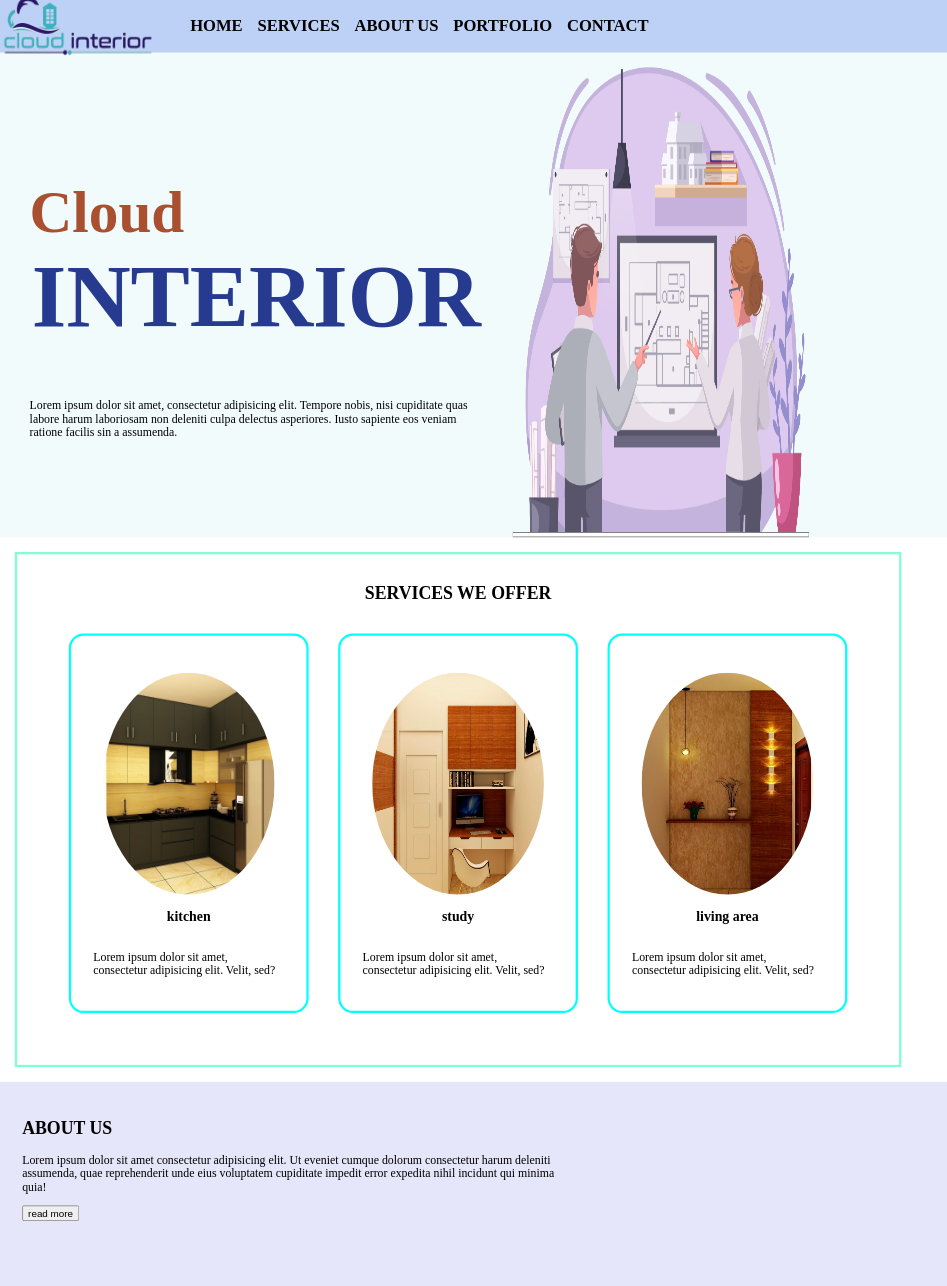
Repository: Ganavid/ganavidgowda.github.io
Page: cloud interior/‌index.html
An editor plug-in stored every save of this project. The page is shown before and after a run of saves, followed by the edit.
The browser window is 1280 px wide. The pictures show the whole page, at 74% of full size.

Above is the page before, as saved 2023-03-04 01:16:08.

After the next 3 saves:
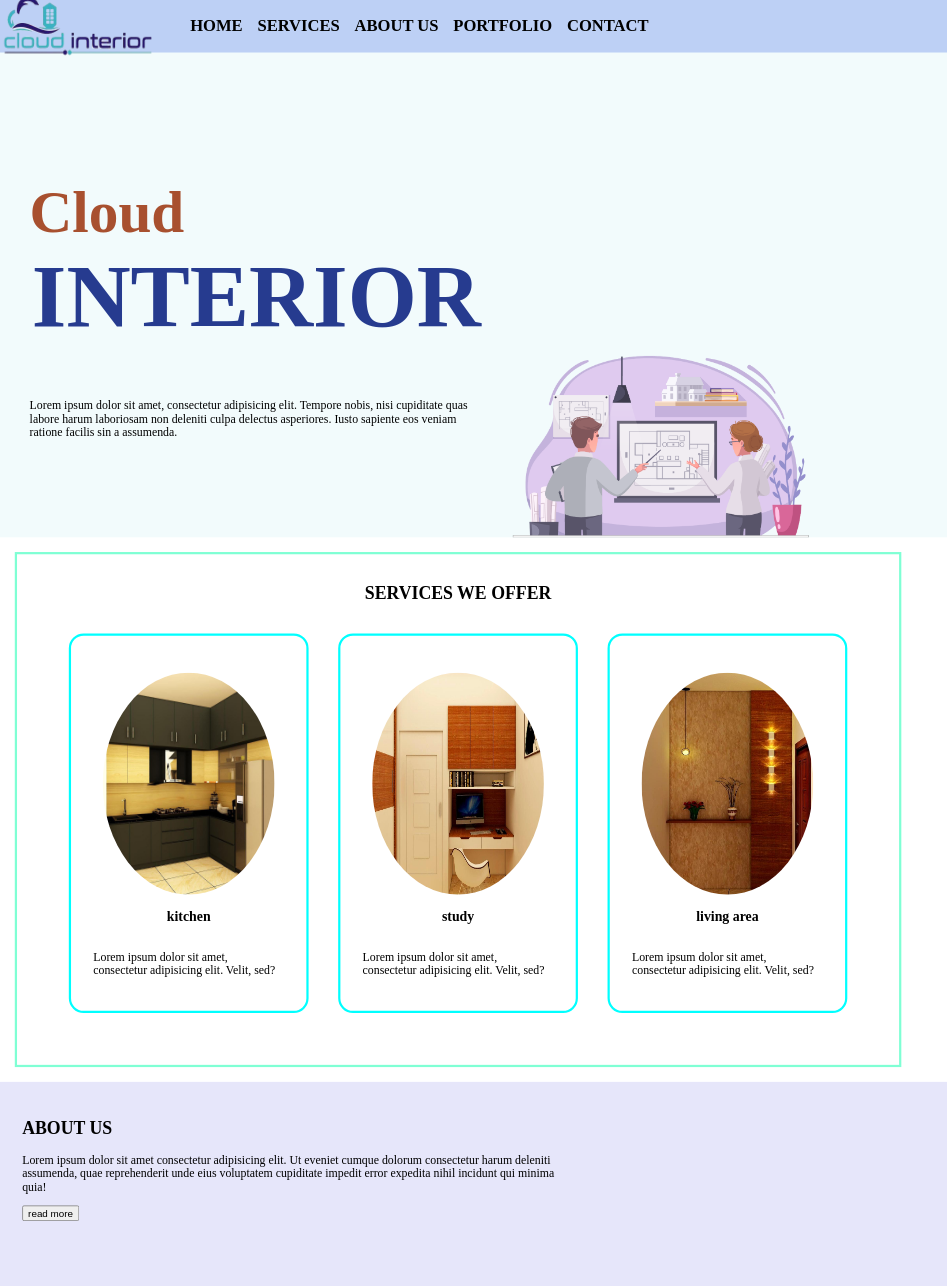
The 3 saves are shown as one change because they came seconds apart.
The last was saved 9 s later.
--- a/cloud interior/interial.css
+++ b/cloud interior/interial.css
@@ -94,7 +94,8 @@ nav{
 }
 
 #starter{
-    align-self: ;
+    align-self: flex-end;
+    justify-self: right;
 
 }
 
